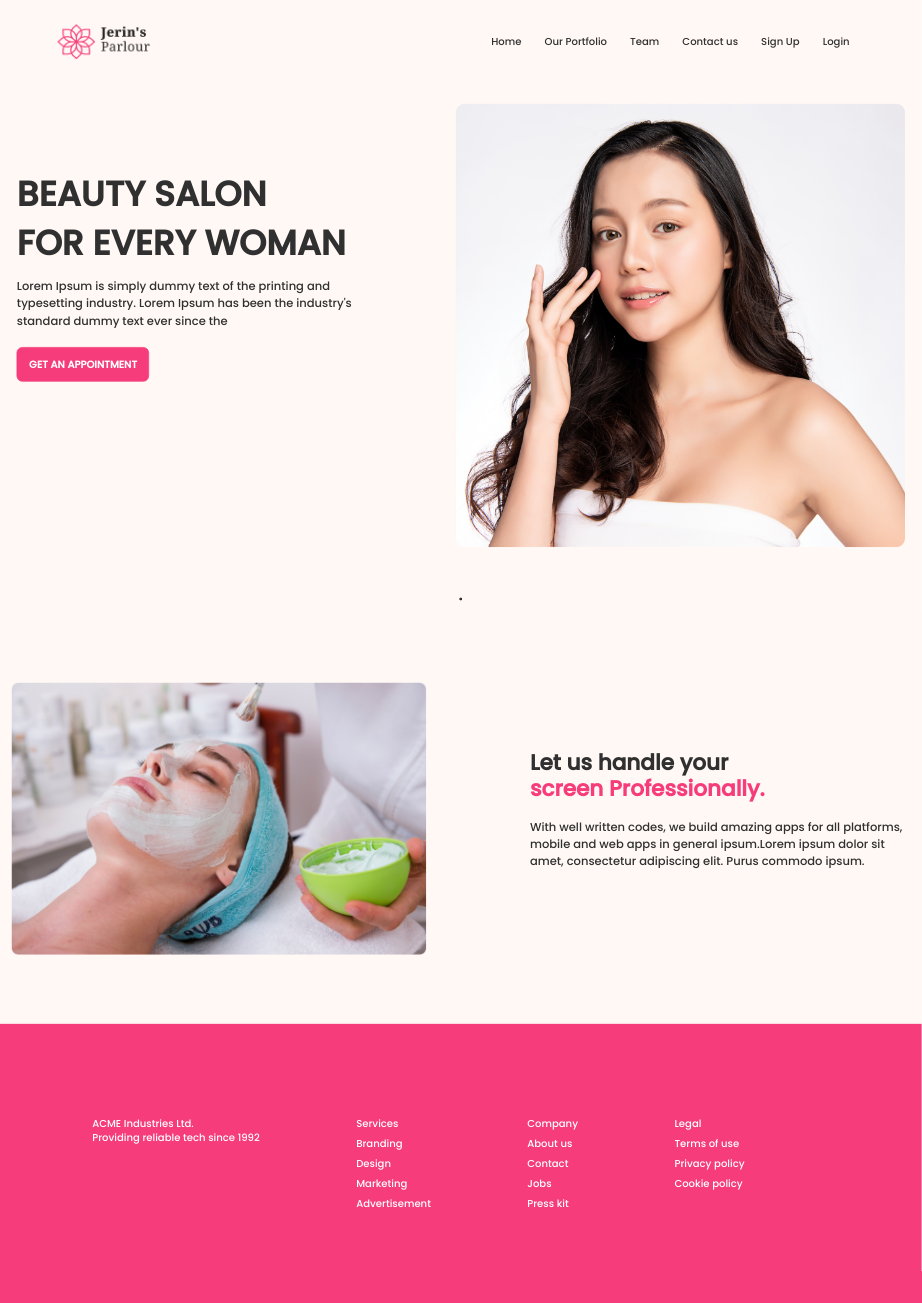
Repository: Wahid137/jerins-parlour-client
Page: /
An editor plug-in stored every save of this project. The page is shown before and after the next save, followed by the edit.
The browser window is 1280 px wide. The pictures show the whole page, at 72% of full size.
The page's requests for data from a server got no answer. The project was rebuilt for these pictures with package versions that can differ from the ones it lists, and the page was loaded fresh each time. No one was signed in, and anything a server would have sent is missing. Also part of the build but not shown: src/App.css, src/Pages/Home/Services/ServicesCard.js.

Above is the page before, as saved 2023-07-16 04:27:56.

### public/index.html
<!DOCTYPE html>
<html lang="en">
  <head>
    <meta charset="utf-8" />
    <link rel="icon" href="%PUBLIC_URL%/favicon.ico" />
    <meta name="viewport" content="width=device-width, initial-scale=1" />
    <meta name="theme-color" content="#000000" />
    <meta
      name="description"
      content="Web site created using create-react-app"
    />
    <link rel="preconnect" href="https://fonts.googleapis.com">
    <link rel="preconnect" href="https://fonts.gstatic.com" crossorigin>
    <link href="https://fonts.googleapis.com/css2?family=Poppins:wght@500&display=swap" rel="stylesheet">
    <link rel="apple-touch-icon" href="%PUBLIC_URL%/logo192.png" />
    <!--
      manifest.json provides metadata used when your web app is installed on a
      user's mobile device or desktop. See https://developers.google.com/web/fundamentals/web-app-manifest/
    -->
    <link rel="manifest" href="%PUBLIC_URL%/manifest.json" />
    <!--
      Notice the use of %PUBLIC_URL% in the tags above.
      It will be replaced with the URL of the `public` folder during the build.
      Only files inside the `public` folder can be referenced from the HTML.

      Unlike "/favicon.ico" or "favicon.ico", "%PUBLIC_URL%/favicon.ico" will
      work correctly both with client-side routing and a non-root public URL.
      Learn how to configure a non-root public URL by running `npm run build`.
    -->
    <title>React App</title>
  </head>
  <body>
    <noscript>You need to enable JavaScript to run this app.</noscript>
    <div id="root"></div>
    <!--
      This HTML file is a template.
      If you open it directly in the browser, you will see an empty page.

      You can add webfonts, meta tags, or analytics to this file.
      The build step will place the bundled scripts into the <body> tag.

      To begin the development, run `npm start` or `yarn start`.
      To create a production bundle, use `npm run build` or `yarn build`.
    -->
  </body>
</html>

### src/index.js
import React from 'react';
import ReactDOM from 'react-dom/client';
import './index.css';
import App from './App';
import reportWebVitals from './reportWebVitals';
import { QueryClient, QueryClientProvider } from '@tanstack/react-query'


// Create a client
const queryClient = new QueryClient()

const root = ReactDOM.createRoot(document.getElementById('root'));
root.render(
  <React.StrictMode>
    <QueryClientProvider client={queryClient}>
      <App />
    </QueryClientProvider>
  </React.StrictMode>
);

// If you want to start measuring performance in your app, pass a function
// to log results (for example: reportWebVitals(console.log))
// or send to an analytics endpoint. Learn more: https://bit.ly/CRA-vitals
reportWebVitals();

### src/index.css
@tailwind base;
@tailwind components;
@tailwind utilities;

body {
  background-color: #FFF8F5;
  margin: 0;
  font-family: -apple-system, BlinkMacSystemFont, 'Segoe UI', 'Roboto', 'Oxygen',
    'Ubuntu', 'Cantarell', 'Fira Sans', 'Droid Sans', 'Helvetica Neue',
    sans-serif;
    font-family: 'Poppins', sans-serif;
  -webkit-font-smoothing: antialiased;
  -moz-osx-font-smoothing: grayscale;
}

code {
  font-family: source-code-pro, Menlo, Monaco, Consolas, 'Courier New',
    monospace;
}

### src/App.js
import logo from './logo.svg';
import './App.css';
import { RouterProvider } from 'react-router-dom';
import router from './Routes/Routes/Routes';
import { Toaster } from 'react-hot-toast';

function App() {
  return (
    <div className=" mx-auto">
      <RouterProvider router={router}></RouterProvider>
      <Toaster></Toaster>
    </div>
  );
}

export default App;

### src/Routes/Routes/Routes.js
const { createBrowserRouter } = require("react-router-dom");
const { default: Main } = require("../../Layout/Main");
const { default: Home } = require("../../Pages/Home/Home/Home");

const router = createBrowserRouter([
    {
        path: '/',
        element: <Main></Main>,
        children: [
            {
                path: '/',
                element: <Home></Home>
            }
        ]
    }
])
export default router;

### src/Layout/Main.js
import React from 'react';
import Navbar from '../Shared/Navbar/Navbar';
import { Outlet } from 'react-router-dom';
import Footer from '../Shared/Footer/Footer';

const Main = () => {
    return (
        <div>
            <Navbar></Navbar>
            <Outlet></Outlet>
            <Footer></Footer>
        </div>
    );
};

export default Main;

### src/Pages/Home/Home/Home.js
import React from 'react';
import Banner from '../Banner/Banner';
import Services from '../Services/Services';
import Screen from '../Screen/Screen';

const Home = () => {
    return (
        <div>
            <Banner></Banner>
            <Services></Services>
            <Screen></Screen>
        </div>
    );
};

export default Home;

### src/Shared/Navbar/Navbar.js
import React from 'react';
import logo from '../../assets/logo.png';
import { Link } from 'react-router-dom';

const Navbar = () => {
    const menuItem = <>
        <li><Link to="/">Home</Link></li>
        <li><Link to="/portfolio">Our Portfolio</Link></li>
        <li><Link to="/team">Team</Link></li>
        <li><Link to="/dashboard">Contact us</Link></li>
        <li><Link to="/signup">Sign Up</Link></li>
        <li><Link to="/login">Login</Link></li>

    </>
    return (
        <div className="navbar flex justify-between px-20 pt-8">
            <div className="navbar-start">
                <div className="dropdown">
                    <label tabIndex={0} className="btn btn-ghost lg:hidden">
                        <svg xmlns="http://www.w3.org/2000/svg" className="h-5 w-5" fill="none" viewBox="0 0 24 24" stroke="currentColor"><path strokeLinecap="round" strokeLinejoin="round" strokeWidth="2" d="M4 6h16M4 12h8m-8 6h16" /></svg>
                    </label>
                    <ul tabIndex={1} className="menu menu-sm dropdown-content mt-3 z-[1] p-2 shadow bg-base-100 rounded-box w-52">
                        {menuItem}
                    </ul>
                </div>
                <Link to="/" className="w-32">
                    <img src={logo} alt="" />
                </Link>
            </div>
            <div className="navbar-center hidden lg:flex">
                <ul className="menu menu-horizontal px-1">
                    {menuItem}
                </ul>
            </div>
            <label htmlFor="dashboard-drawer" tabIndex={2} className="btn btn-ghost lg:hidden">
                <svg xmlns="http://www.w3.org/2000/svg" className="h-5 w-5" fill="none" viewBox="0 0 24 24" stroke="currentColor"><path strokeLinecap="round" strokeLinejoin="round" strokeWidth="2" d="M4 6h16M4 12h8m-8 6h16" /></svg>
            </label>

        </div>
    );
};

export default Navbar;

### src/Shared/Footer/Footer.js
import React from 'react';


const Footer = () => {
    return (
        <footer className="footer p-32 bg-primary text-white w-full max-w-full">
            <div>
                <p>ACME Industries Ltd.<br />Providing reliable tech since 1992</p>
            </div>
            <div>
                <span className=" text-white">Services</span>
                <a href="/" className="link link-hover">Branding</a>
                <a href="/" className="link link-hover">Design</a>
                <a href="/" className="link link-hover">Marketing</a>
                <a href="/" className="link link-hover">Advertisement</a>
            </div>
            <div>
                <span className="">Company</span>
                <a href="/" className="link link-hover">About us</a>
                <a href="/" className="link link-hover">Contact</a>
                <a href="/" className="link link-hover">Jobs</a>
                <a href="/" className="link link-hover">Press kit</a>
            </div>
            <div>
                <span className="">Legal</span>
                <a href="/" className="link link-hover">Terms of use</a>
                <a href="/" className="link link-hover">Privacy policy</a>
                <a href="/" className="link link-hover">Cookie policy</a>
            </div>
        </footer>
    );
};

export default Footer;

### src/Pages/Home/Banner/Banner.js
import React from 'react';
import woman from '../../../assets/images/woman.png';
import PrimaryButton from '../../../Components/PrimaryButton/PrimaryButton';

const Banner = () => {
    return (
        <div className="hero" >
            <div className="hero-content flex-col lg:flex-row-reverse min-h-screen">

                <img src={woman} className="rounded-lg lg:w-1/2" alt="" />

                <div className='lg:me-32 lg:-mt-32'>
                    <h1 className="text-5xl font-bold mt-0 mb-5">BEAUTY SALON</h1>
                    <h1 className="text-5xl font-bold">FOR EVERY WOMAN</h1>
                    <p className="py-6">Lorem Ipsum is simply dummy text of the printing and <br /> typesetting industry. Lorem Ipsum has been the industry's <br /> standard dummy text ever since the</p>
                    <PrimaryButton>Get an Appointment</PrimaryButton>
                </div>
            </div>
        </div>
    );
};

export default Banner;

### src/Pages/Home/Services/Services.js
import { useQuery } from '@tanstack/react-query';
import React from 'react';
import Loading from '../../../Shared/Loading/Loading';


import ServicesCard from './ServicesCard';
import PrimaryButton from '../../../Components/PrimaryButton/PrimaryButton';



const Services = () => {
    const { data: services = [], isLoading } = useQuery({
        queryKey: ['services'],
        queryFn: () => fetch('http://localhost:5000/services')
            .then(res => res.json())
    })


    if (isLoading) {
        return <Loading></Loading>;
    }

    return (
        <div className='p-0 my-5'>
            <div className='mx-auto mb-4 py-10 text-center w-1/2'>
                <p className='text-2xl font-bold'>Our Awesome <span className='text-primary'>Services</span></p>
            </div>
            <div className='grid gap-1 grid-cols-1 md:grid-cols-2 lg:grid-cols-3'>
                {
                    services.map(service => <ServicesCard
                        key={service._id}
                        service={service}
                    ></ServicesCard>)
                }
            </div>
            <div className='text-center mt-10'>
                <PrimaryButton >Explore More</PrimaryButton>
            </div>

        </div >
    );
};

export default Services;

### src/Pages/Home/Screen/Screen.js
import React from 'react';
import face from '../../../assets/images/face.png'

const Screen = () => {
    return (
        <div className="hero py-20 bg-secondary">
            <div className="hero-content flex-col lg:flex-row">
                <img src={face} className="max-w-xl rounded-lg" alt="" />
                <div className='lg:w-1/2 ms-32 mt-0 pt-0'>
                    <h1 className="text-3xl font-semibold">Let us handle your <br /><span className='text-primary'>screen Professionally.</span></h1>
                    <p className="py-6">With well written codes, we build amazing apps for all platforms, mobile and web apps in general ipsum.Lorem ipsum dolor sit amet, consectetur adipiscing elit. Purus commodo ipsum.</p>
                </div>
            </div>
        </div>
    );
};

export default Screen;

### src/Components/PrimaryButton/PrimaryButton.js
import React from 'react';

const PrimaryButton = ({ children }) => {
    return (
        <button className="btn btn-primary text-white">{children}</button>
    );
};

export default PrimaryButton;

### src/Shared/Loading/Loading.js
import React from 'react';

const Loading = () => {
    return (
        <div className="flex items-center justify-center">
            <span className="loading loading-ring loading-lg"></span>
        </div>
    );
};

export default Loading;

### tailwind.config.js
/** @type {import('tailwindcss').Config} */
module.exports = {
  content: [
    "./src/**/*.{js,jsx,ts,tsx}",
  ],
  daisyui: {
    themes: [
      {
        parlourTheme: {
          primary: '#F63E7B',
          secondary: '#FFF8F5',
          accent: '##F4F7FC',
          neutral: '#3D4451',
          "base-100": '#FFFFFF',
        }
      }
    ]
  },
  theme: {
    extend: {},
  },
  plugins: [require("daisyui")],
}

Loaded but not shown: src/reportWebVitals.js (common file)

After the next save:
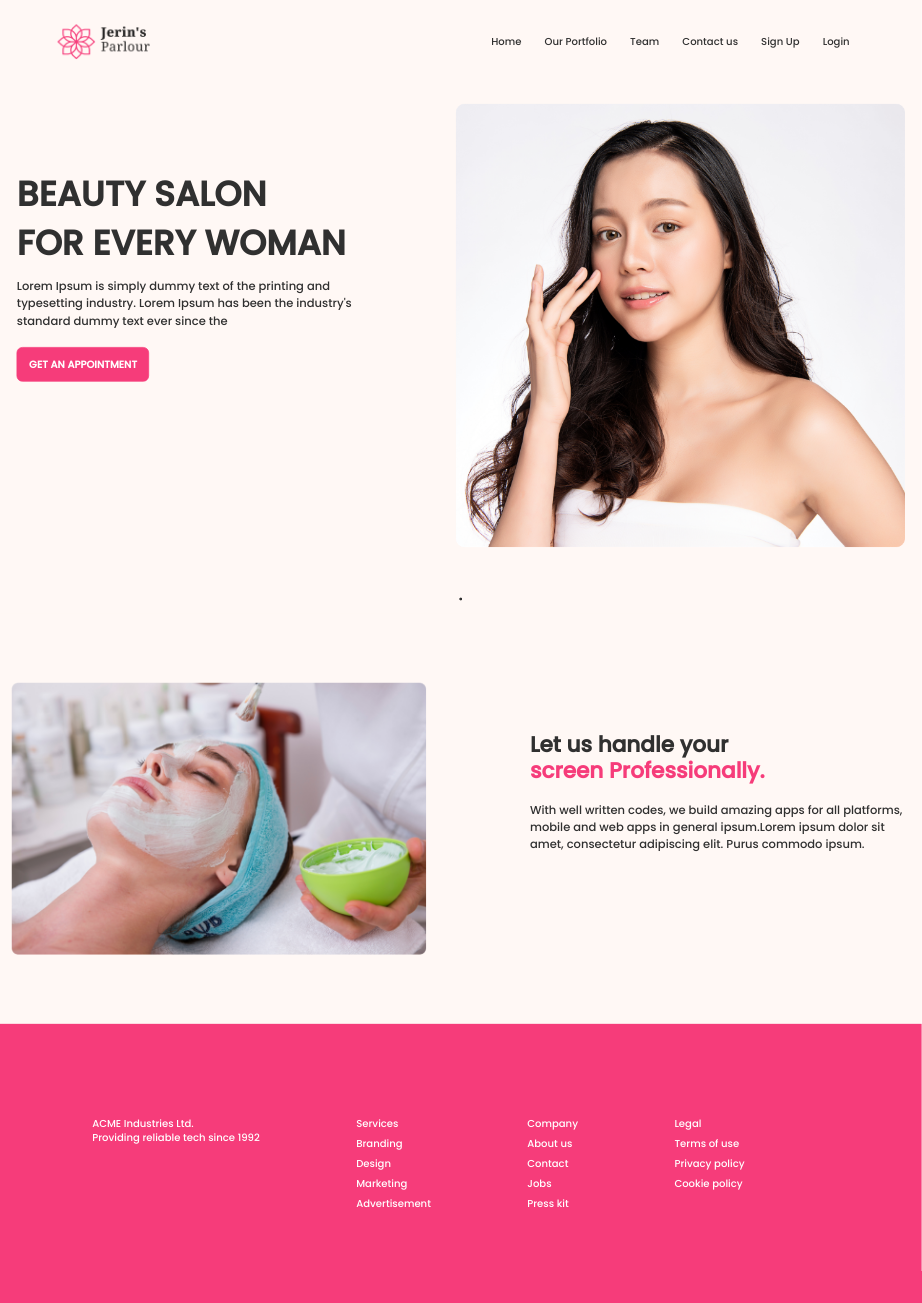
Saved 12 s later.
--- a/src/Pages/Home/Screen/Screen.js
+++ b/src/Pages/Home/Screen/Screen.js
@@ -6,7 +6,7 @@
         <div className="hero py-20 bg-secondary">
             <div className="hero-content flex-col lg:flex-row">
                 <img src={face} className="max-w-xl rounded-lg" alt="" />
-                <div className='lg:w-1/2 ms-32 mt-0 pt-0'>
+                <div className='lg:w-1/2 ms-32 -mt-12 pt-0'>
                     <h1 className="text-3xl font-semibold">Let us handle your <br /><span className='text-primary'>screen Professionally.</span></h1>
                     <p className="py-6">With well written codes, we build amazing apps for all platforms, mobile and web apps in general ipsum.Lorem ipsum dolor sit amet, consectetur adipiscing elit. Purus commodo ipsum.</p>
                 </div>

After the save that followed:
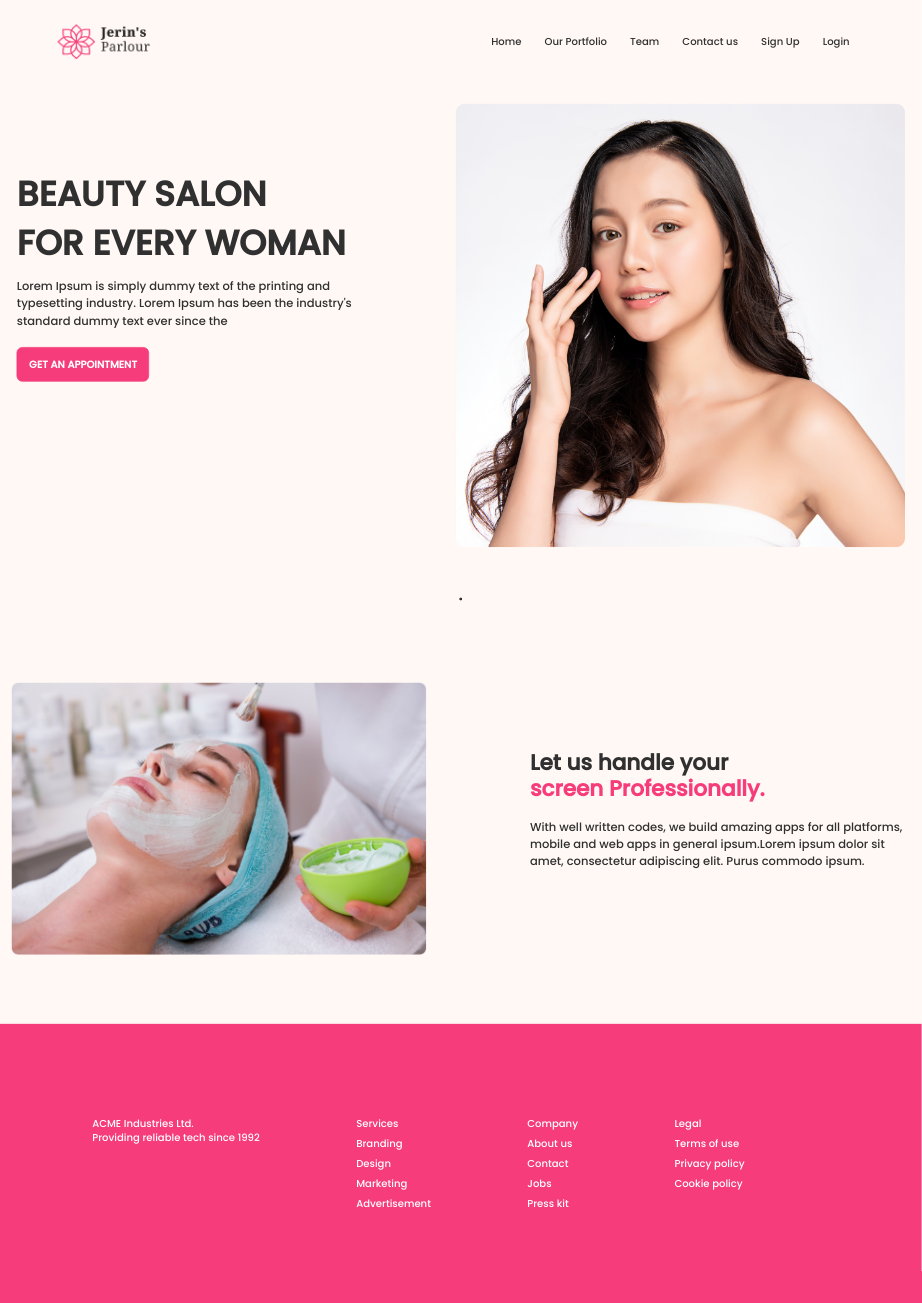
Saved 27 s later.
--- a/src/Pages/Home/Screen/Screen.js
+++ b/src/Pages/Home/Screen/Screen.js
@@ -6,7 +6,7 @@
         <div className="hero py-20 bg-secondary">
             <div className="hero-content flex-col lg:flex-row">
                 <img src={face} className="max-w-xl rounded-lg" alt="" />
-                <div className='lg:w-1/2 ms-32 -mt-12 pt-0'>
+                <div className='lg:w-1/2 ms-32'>
                     <h1 className="text-3xl font-semibold">Let us handle your <br /><span className='text-primary'>screen Professionally.</span></h1>
                     <p className="py-6">With well written codes, we build amazing apps for all platforms, mobile and web apps in general ipsum.Lorem ipsum dolor sit amet, consectetur adipiscing elit. Purus commodo ipsum.</p>
                 </div>
